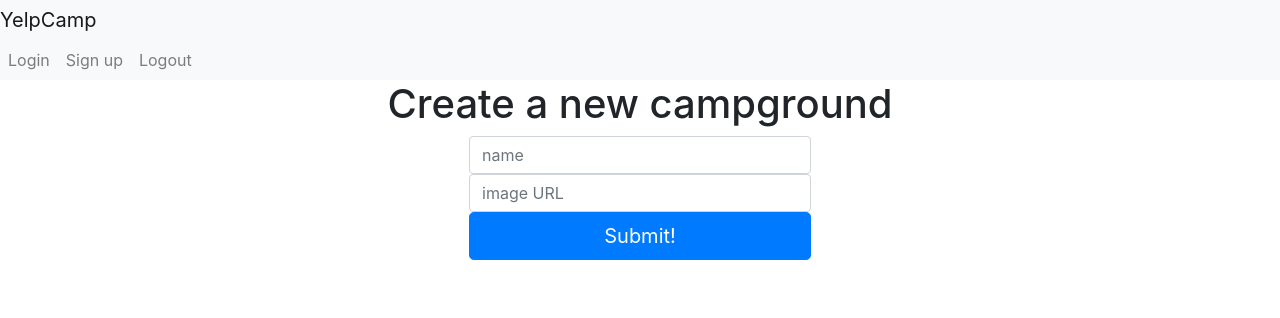
Repository: DevIvanVarela/the-web-developer-bootcamp
Page: http://localhost/campgrounds/new
The author's editor kept a record of every edit. The page is drawn from the files as they stood at one moment, then again after the next edit.
The browser window is 1280 px wide. The pictures show the whole page.
The page is served by the project's Node server (YelpCamp/v1/app.js).

Above is the page before.

After the next edit:
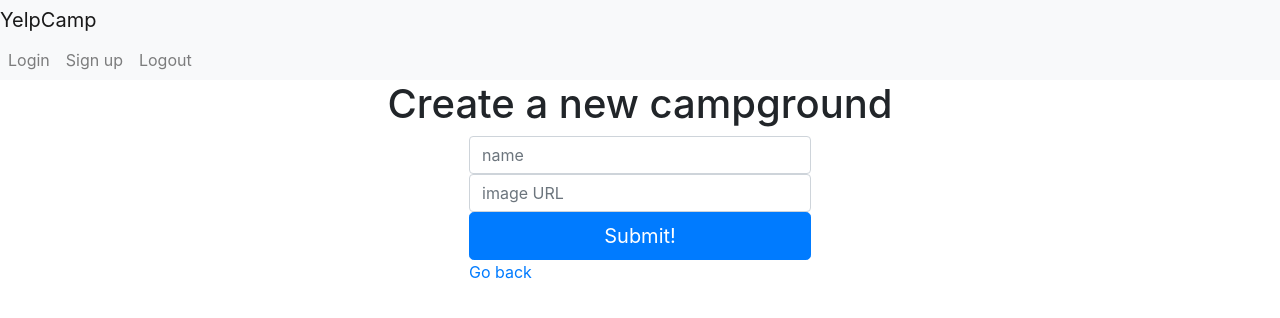
The edit:
--- a/workspace/YelpCamp/v1/views/new.ejs
+++ b/workspace/YelpCamp/v1/views/new.ejs
@@ -14,6 +14,7 @@
                     <button class="btn btn-lg btn-primary btn-block">Submit!</button>
                 </div>
             </form>
+            <a href="/campgrounds">Go back</a>
         </div>
     </div>
 
